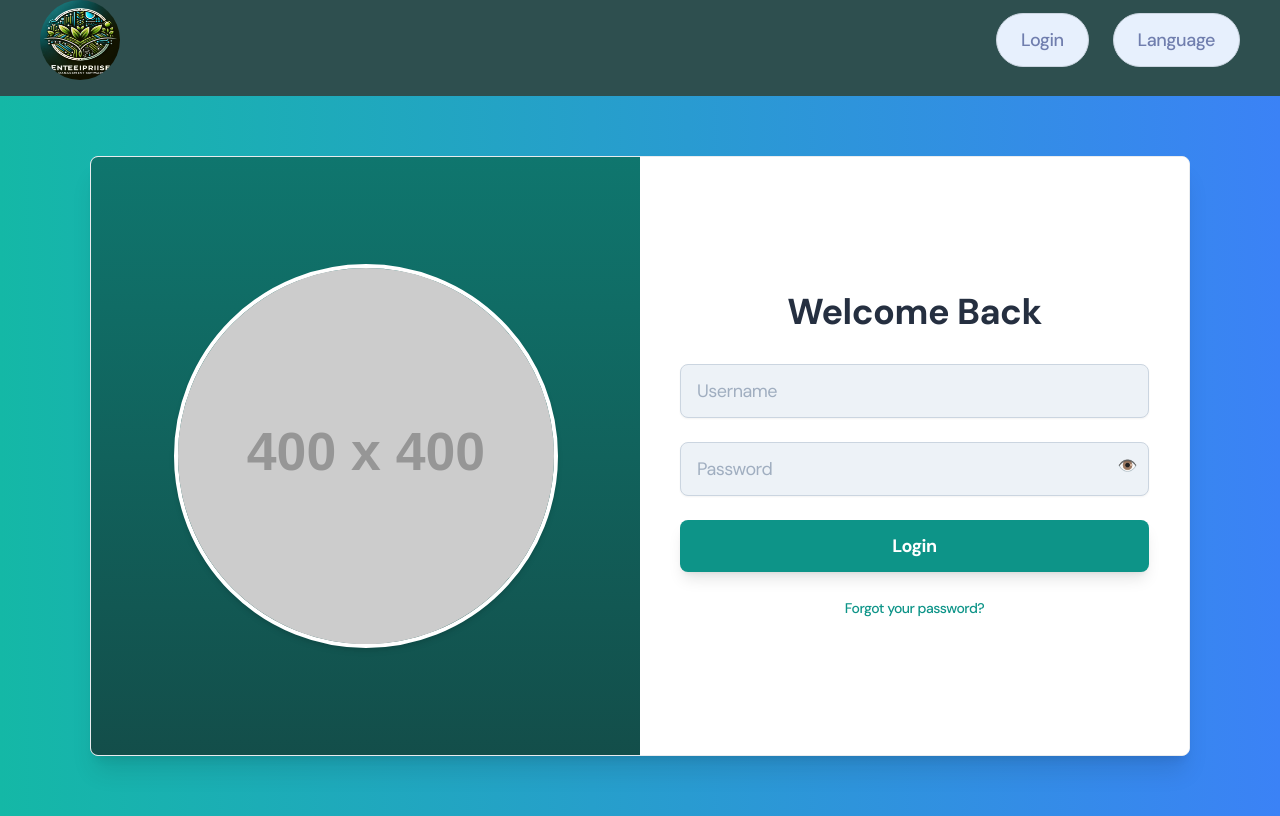
Repository: GinTee7/HR-Management
Page: / (app in Project-Management/)
The author's editor kept a copy of each file at every save. The page is drawn from the files as they stood at one save, then again after the next save.
The browser window is 1280 px wide. The pictures show the whole page.
The project was rebuilt for these pictures with package versions that can differ from the ones it lists, and the page was loaded fresh each time. Also part of the build but not shown: Project-Management/vite.config.js, Project-Management/src/components/Login/ForgotPassword.jsx.

Above is the page before, as saved 2025-01-01 09:24:46.

After the next save:
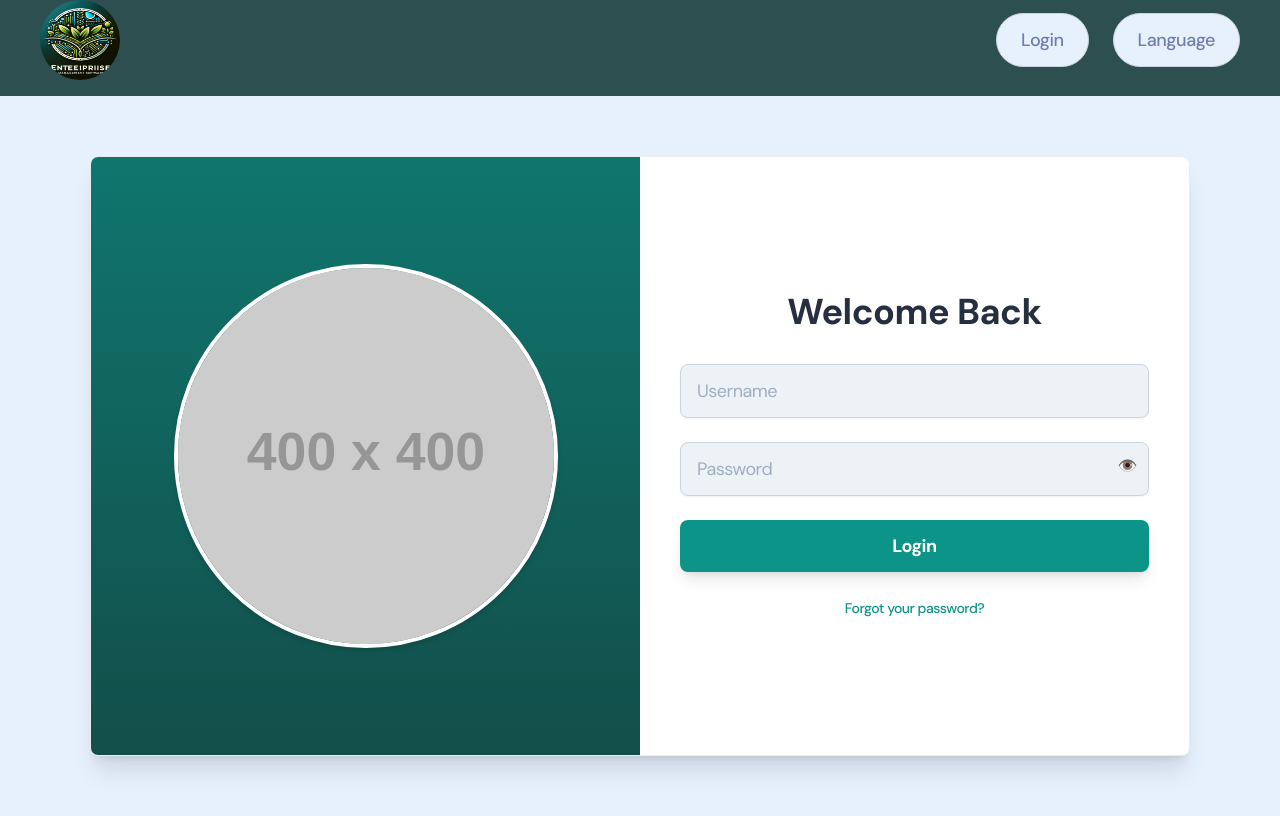
Saved 71 s later.
--- a/Project-Management/src/components/Login/LoginPage.jsx
+++ b/Project-Management/src/components/Login/LoginPage.jsx
@@ -2,7 +2,7 @@
 
 const LoginPage = () => {
   return (
-    <div className="flex items-center justify-center min-h-screen bg-gradient-to-r from-teal-500 to-blue-500">
+    <div className="flex items-center justify-center min-h-screen bg-[#E7F0FD]">
       <div className="flex shadow-xl bg-white border rounded-lg w-[1100px] h-[600px] overflow-hidden">
         {/* Left Section with Image */}
         <div className="flex items-center justify-center w-1/2 bg-gradient-to-b from-teal-700 to-teal-900">
